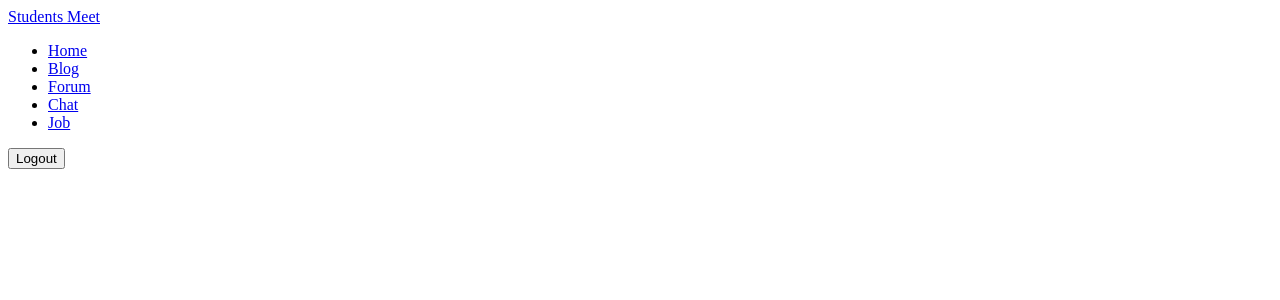
Repository: JamesArul/CLBSiteSTMT
Page: StudentsMeetFrontEnd/WebContent/Headers/UserHeader.html
The author's editor kept a copy of each file at every save. The page is drawn from the files as they stood at one save, then again after the next save.
The browser window is 1280 px wide. The pictures show the whole page.

Above is the page before, as saved 2017-06-03 08:16:31.

After the next save:
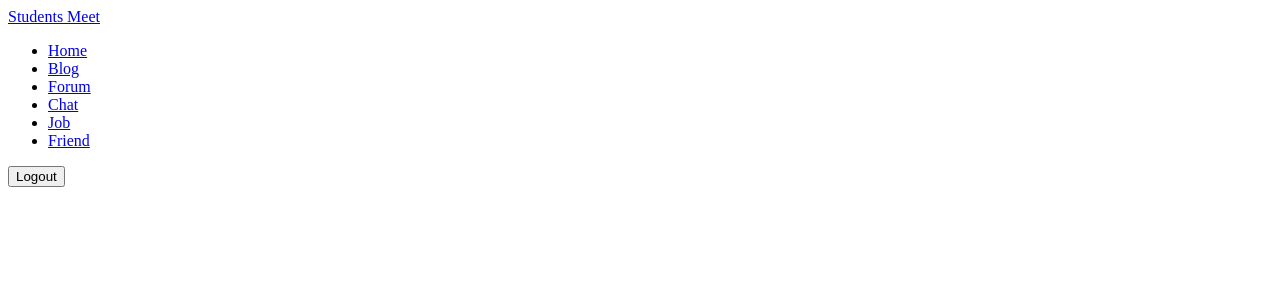
Saved 34 s later.
--- a/StudentsMeetFrontEnd/WebContent/Headers/UserHeader.html
+++ b/StudentsMeetFrontEnd/WebContent/Headers/UserHeader.html
@@ -9,6 +9,7 @@
       <li class="active"><a href="#!/goForumHome">Forum</a></li>
       <li class="active"><a href="#!/goUserHome">Chat</a></li>
       <li class="active"><a href="#!/goUserHome">Job</a></li>
+      <li class="active"><a href="#!/goFriendHome">Friend</a></li>
    </ul>
    <div ng-controller="UserController as ctrl">
     <button class="btn btn-danger navbar-btn" ng-click="ctrl.logout()">Logout</button>
